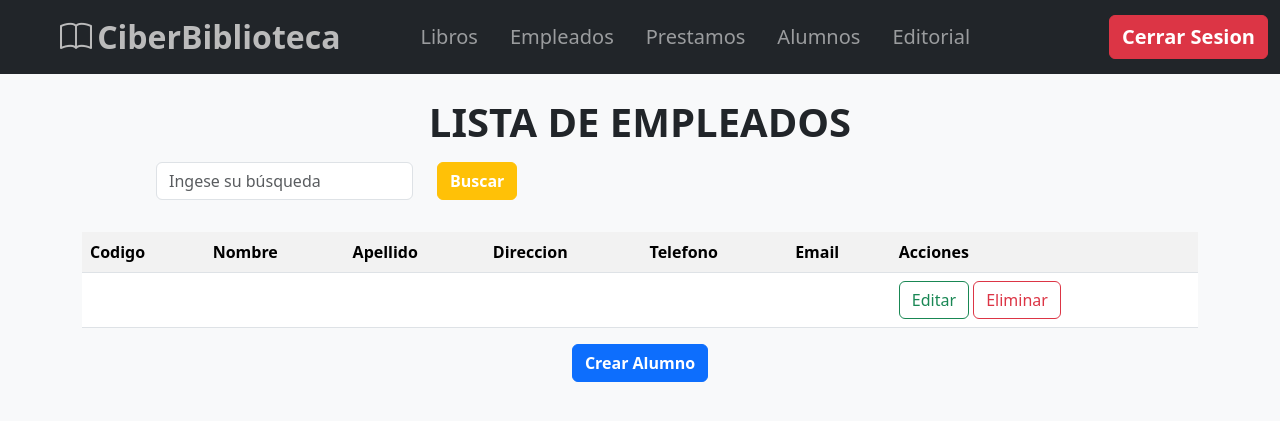
Repository: WilmerOcampo/LP1_Biblioteca
Page: http://localhost/Proyecto/listaAlumnos.jsp
These files come from the project's save history. The page is drawn as it stood at one moment and after the next save; the edit follows.
The browser window is 1280 px wide. The pictures show the whole page.
The page is served by Tomcat 10. Other server files are loaded and not shown.

Above is the page before, as saved 2023-05-31 18:09:07.

### Proyecto/src/main/webapp/listaAlumnos.jsp
<%@ page language="java" contentType="text/html; charset=ISO-8859-1"
    pageEncoding="ISO-8859-1"%>
<!DOCTYPE html>
<html>
<head>
<meta charset="ISO-8859-1">
<title>Alumnos</title>
<link href="https://cdn.jsdelivr.net/npm/bootstrap@5.3.0-alpha3/dist/css/bootstrap.min.css" rel="stylesheet"
    integrity="sha384-KK94CHFLLe+nY2dmCWGMq91rCGa5gtU4mk92HdvYe+M/SXH301p5ILy+dN9+nJOZ" crossorigin="anonymous">
<link rel="stylesheet" href="https://cdn.jsdelivr.net/npm/bootstrap-icons@1.8.1/font/bootstrap-icons.css">
</head>

<body class="bg-light">

<!-- Inicio del menu -->
      <nav class="navbar navbar-expand-md navbar-dark bg-dark">
        <div class="container-fluid">

        <!-- icono o nombre -->
        <a class="navbar-brand" href="#" style="padding-left: 3rem; padding-right: 3rem;">
            <i class="bi bi-book" style="font-size: 2rem; color:#bbb"></i>
            <span style="font-size: 2rem; color:#bbb"><b>CiberBiblioteca</b></span>
          </a>

        <!-- boton del menu -->
        <button class="navbar-toggler" type="button" data-bs-toggle="collapse" data-bs-target="#menu" aria-controls="navbarSupportedContent" aria-expanded="false" aria-label="Toggle navigation">
            <span class="navbar-toggler-icon"></span>
        </button>

          <!-- elementos del menu colapsable -->
        <div class="collapse navbar-collapse" id="menu">
            <ul class="navbar-nav me-auto" style="font-size: 20px">
                  <li class="nav-item" style="margin:0 0.5rem">
                    <a class="nav-link" href="listaLibros.jsp">Libros</a>
                  </li>
                  <li class="nav-item" style="margin:0 0.5rem">
                    <a class="nav-link" href="listaEmpleados.jsp">Empleados</a>
                  </li>
                  <li class="nav-item" style="margin:0 0.5rem">
                    <a class="nav-link" href="listaPrestamos.jsp">Prestamos</a>
                  </li>
                  <li class="nav-item" style="margin:0 0.5rem">
                    <a class="nav-link" href="listaAlumnos.jsp">Alumnos</a>
                  </li>
                   <li class="nav-item" style="margin:0 0.5rem">
                    <a class="nav-link" href="listaEditorial.jsp">Editorial</a>
                  </li>
                 </ul>

          <hr class="d-md-none text-white-50">

         <!--boton Informacion -->
          <form class="d-flex">
            <button class="btn btn-danger d-none d-md-inline-block " type="submit" style="font-size: 20px; font-weight:600"><a href="login.jsp" style="text-decoration: none; color: #fff">Cerrar Sesion</a></button>
          </form>
        </div>
        </div>
      </nav>
      <br>
		<h1 class="d-flex justify-content-center" style="text-transform: uppercase;"><strong>Lista de Empleados</strong></h1>

    <nav class="navbar">
        <div class="container-fluid">
            <form class="d-flex" role="search" style="margin-left: 9rem">
                <input class="form-control me-4" type="search" placeholder="Ingese su búsqueda" aria-label="Search">
                <button class="btn btn-warning" type="submit" style="color: #fff; font-weight:600">Buscar</button>
            </form>
        </div>
    </nav><br>

    <div class="container">

        <table class="table table-striped">
            <tr>
                <th scope="col">Codigo</th>
                <th scope="col">Nombre</th>
                <th scope="col">Apellido</th>
                <th scope="col">Direccion</th>
                <th scope="col">Telefono</th>
                <th scope="col">Email</th>
                <th scope="col">Acciones</th>
            </tr>

            <tr>
                <th></th>
                <td></td>
                <td></td>
                <td></td>
                <td></td>
                <td></td>
                <td><a class="btn btn-outline-success" href="">Editar</a>
                    <a class="btn btn-outline-danger" href="#" onclick="confirmarEliminacion()">Eliminar</a>
                </td>
            </tr>
        </table>

        <div class="d-flex justify-content-center">
            <input class="btn btn-primary" type="button" value="Crear Alumno" style="color: #fff; font-weight:600"
                onclick="window.location.href='registrarAlumno.jsp'">
        </div>

    </div>

    <script src="https://cdn.jsdelivr.net/npm/bootstrap@5.3.0-alpha3/dist/js/bootstrap.bundle.min.js"
        integrity="sha384-ENjdO4Dr2bkBIFxQpeoTz1HIcje39Wm4jDKdf19U8gI4ddQ3GYNS7NTKfAdVQSZe"
        crossorigin="anonymous"></script>

<script>
	function confirmarEliminacion(codigo) {
		if (confirm("¿Estás seguro de que deseas eliminar este registro?")) {
			window.location.href = "ControladorClientes?instruccion=eliminar&codigo=" + codigo;
		}
	}
</script>

</body>
</html>

After the next save:
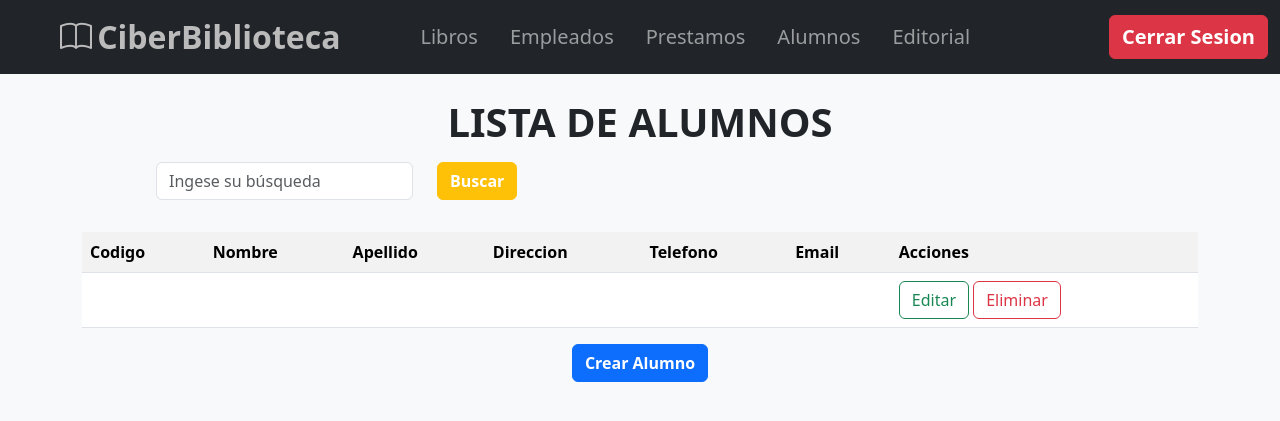
Saved 5 s later.
--- a/Proyecto/src/main/webapp/listaAlumnos.jsp
+++ b/Proyecto/src/main/webapp/listaAlumnos.jsp
@@ -57,7 +57,7 @@
         </div>
       </nav>
       <br>
-		<h1 class="d-flex justify-content-center" style="text-transform: uppercase;"><strong>Lista de Empleados</strong></h1>
+		<h1 class="d-flex justify-content-center" style="text-transform: uppercase;"><strong>Lista de Alumnos</strong></h1>
 
     <nav class="navbar">
         <div class="container-fluid">
